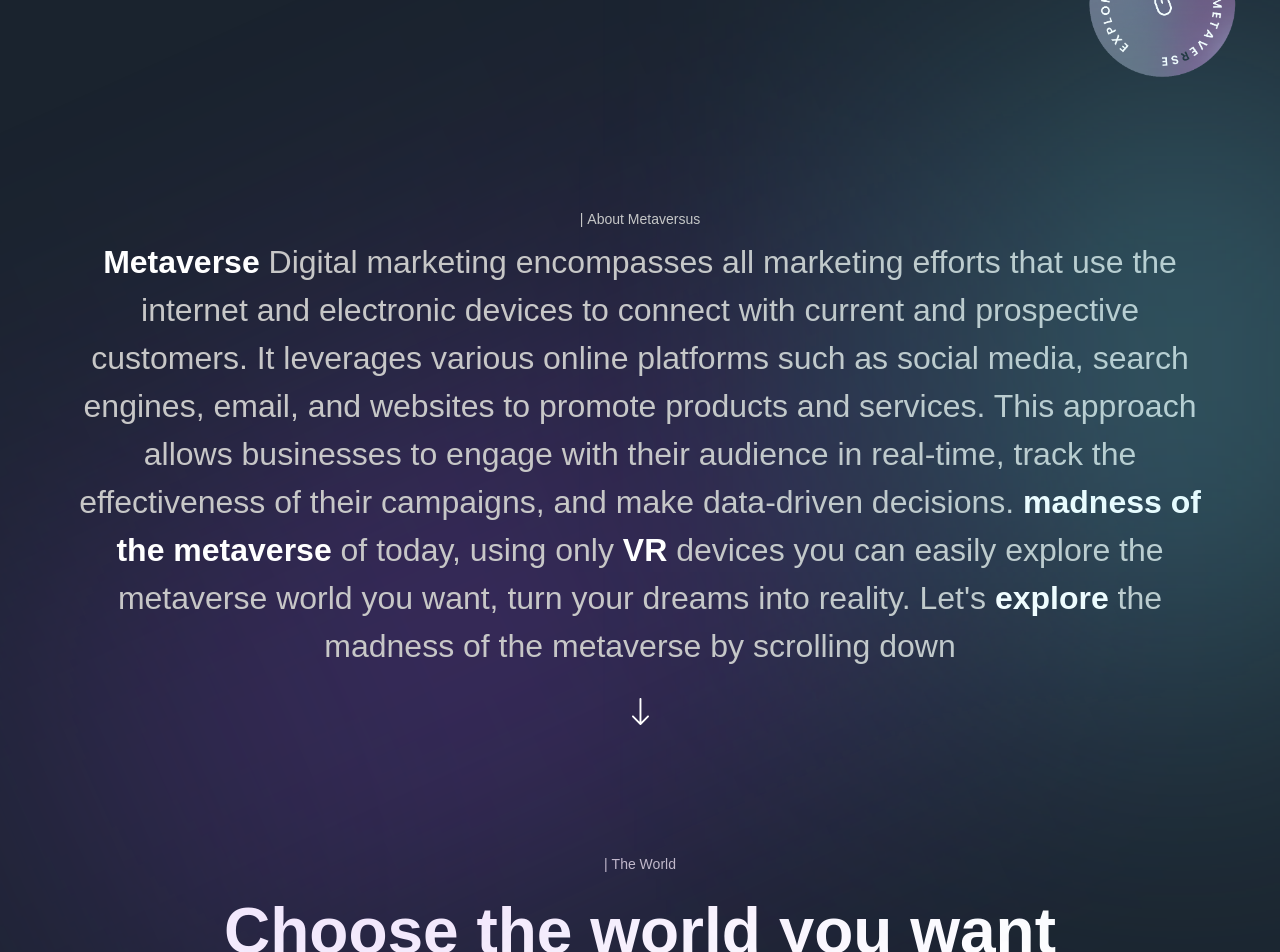
Repository: Shanuga123/metaversus
Page: /
These files come from the project's save history. The page is drawn as it stood at one moment and after the next save; the edit follows.
The browser window is 1280 px wide. The pictures show the part of the page from y = 959 to 1911 px (the page is 7446 px tall before and 7398 px after).
Some web fonts or font styles are not loaded; a fallback is used. The project was rebuilt for these pictures with package versions that can differ from the ones it lists, and the page was loaded fresh each time. The framework's server and built-in components were replaced by stand-ins that run in the browser. Also part of the build but not shown: next.config.js.

Above is the page before, as saved 2024-08-05 21:35:16.

### components/Navbar.jsx
'use client';

import { motion } from 'framer-motion';

import styles from '../styles';
import { navVariants } from '../utils/motion';

const Navbar = () => (
  <motion.nav
    variants={navVariants}
    initial="hidden"
    whileInView="show"
    className={`${styles.xPaddings} py-8 relative`}
  >
    <div className="absolute w-[50%] inset-0 gradient-01" />
    <div
      className={`${styles.innerWidth} mx-auto flex justify-between gap-8`}
    >
      <img
        src="/search.svg"
        alt="search"
        className="w-[24px] h-[24px] object-contain"
      />
      <h2 className="font-extrabold text-[24px] leading-[30.24px] text-white">
        METAVERSUS
      </h2>
      <img
        src="/menu.svg"
        alt="menu"
        className="w-[24px] h-[24px] object-contain"
      />
    </div>
  </motion.nav>
);

export default Navbar;

### components/CustomTexts.jsx
'use client';

import { motion } from 'framer-motion';
import { textContainer, textVariant2 } from '../utils/motion';

export const TypingText = ({ title, textStyles }) => (
  <motion.p
    variants={textContainer}
    className={`font-normal text-[14px] text-secondary-white ${textStyles}`}
  >
    {Array.from(title).map((letter, index) => (
      <motion.span variants={textVariant2} key={index}>
        {letter === ' ' ? '\u00A0' : letter}
      </motion.span>
    ))}
  </motion.p>
);

export const TitleText = ({ title, textStyles }) => (
  <motion.h2
    variants={textVariant2}
    initial="hidden"
    whileInView="show"
    className={`mt-[8px] font-bold md:text-[64px] text-[40px] text-white ${textStyles}`}
  >
    {title}
  </motion.h2>
);

### components/ExploreCard.jsx
'use client';

import { motion } from 'framer-motion';

import styles from '../styles';
import { fadeIn } from '../utils/motion';

const ExploreCard = ({ id, imgUrl, title, index, active, handleClick }) => (
  <motion.div
    variants={fadeIn('right', 'spring', index * 0.5, 0.75)}
    className={`relative ${
      active === id ? 'lg:flex-[3.5] flex-[10]' : 'lg:flex-[0.5] flex-[2]'
    } flex items-center justify-center min-w-[170px] h-[700px] transition-[flex] duration-[0.7s] ease-out-flex cursor-pointer`}
    onClick={() => handleClick(id)}
  >
    <img
      src={imgUrl}
      alt="planet-04"
      className="absolute w-full h-full object-cover rounded-[24px]"
    />
    {active !== id ? (
      <h3 className="font-semibold sm:text-[26px] text-[18px] text-white absolute z-0 lg:bottom-20 lg:rotate-[-90deg] lg:origin-[0,0]">
        {title}
      </h3>
    ) : (
      <div className="absolute bottom-0 p-8 flex justify-start w-full flex-col bg-[rgba(0,0,0,0.5)] rounded-b-[24px]">
        <div
          className={`${styles.flexCenter} w-[60px] h-[60px] rounded-[24px] glassmorphism mb-[16px]`}
        >
          <img
            src="/headset.svg"
            alt="headset"
            className="w-1/2 h-1/2 object-contain"
          />
        </div>
        <p className="font-normal text-[16px] leading-[20.16px] text-white uppercase">
          Enter Metaverse
        </p>
        <h2 className="mt-[24px] font-semibold sm:text-[32px] text-[24px] text-white">
          {title}
        </h2>
      </div>
    )}
  </motion.div>
);

export default ExploreCard;

### components/InsightCard.jsx
'use client';

import { motion } from 'framer-motion';

import { fadeIn } from '../utils/motion';

const InsightCard = ({ imgUrl, title, subtitle, index }) => (
  <motion.div
    variants={fadeIn('up', 'spring', index * 0.5, 1)}
    className="flex md:flex-row flex-col gap-4"
  >
    <img
      src={imgUrl}
      alt="planet-01"
      className="md:w-[270px] w-full h-[250px] rounded-[32px] object-cover"
    />
    <div className="w-full flex justify-between items-center">
      <div className="flex-1 md:ml-[62px] flex flex-col max-w-[650px]">
        <h4 className="font-normal lg:text-[42px] text-[26px] text-white">
          {title}
        </h4>
        <p className="mt-[16px] font-normal lg:text-[20px] text-[14px] text-secondary-white">
          {subtitle}
        </p>
      </div>

      <div
        className="lg:flex hidden items-center justify-center w-[100px] h-[100px] rounded-full bg-transparent border-[1px] border-white"
      >
        <img
          src="/arrow.svg"
          alt="arrow"
          className="w-[40%] h-[40%] object-contain"
        />
      </div>
    </div>
  </motion.div>
);

export default InsightCard;

### components/Footer.jsx
'use client';

import { motion } from 'framer-motion';
import { socials } from '../constants';

import styles from '../styles';
import { footerVariants } from '../utils/motion';

const Footer = () => (
  <motion.footer
    variants={footerVariants}
    initial="hidden"
    whileInView="show"
    className={`${styles.xPaddings} py-8 relative`}
  >
    <div className="footer-gradient" />
    <div className={`${styles.innerWidth} mx-auto flex flex-col gap-8`}>
      <div className="flex items-center justify-between flex-wrap gap-5">
        <h4 className="font-bold md:text-[64px] text-[44px] text-white">
          Enter the Metaverse
        </h4>
        <button type="button" className="flex items-center h-fit py-4 px-6 bg-[#25618B] rounded-[32px] gap-[12px]">
          <img
            src="/headset.svg"
            alt="headset"
            className="w-[24px] h-[24px] object-contain"
          />
          <span className="font-normal text-[16px] text-white">
            Enter Metaverse
          </span>
        </button>
      </div>

      <div className="flex flex-col">
        <div className="mb-[50px] h-[2px] bg-white opacity-10" />

        <div className="flex items-center justify-between flex-wrap gap-4">
          <h4 className="font-extrabold text-[24px] text-white">
            METAVERUS
          </h4>
          <p className="font-normal text-[14px] text-white opacity-50">
            Copyright © 2021 - 2022 Metaversus. All rights reserved.
          </p>

          <div className="flex gap-4">
            {socials.map((social) => (
              <img
                key={social.name}
                src={social.url}
                alt={social.name}
                className="w-[24px] h-[24px] object-contain cursor-pointer"
              />
            ))}
          </div>
        </div>
      </div>
    </div>
  </motion.footer>
);

export default Footer;

### sections/Hero.jsx
'use client';

import { motion } from 'framer-motion';

import styles from '../styles';
import { slideIn, staggerContainer, textVariant } from '../utils/motion';

const Hero = () => (
  <section className={`${styles.yPaddings} sm:pl-16 pl-6`}>
    <motion.div
      variants={staggerContainer}
      initial="hidden"
      whileInView="show"
      viewport={{ once: false, amount: 0.25 }}
      className={`${styles.innerWidth} mx-auto flex flex-col`}
    >
      <div className="flex justify-center items-center flex-col relative z-10">
        <motion.h1 variants={textVariant(1.1)} className={styles.heroHeading}>
          Digital
        </motion.h1>
        <motion.div
          variants={textVariant(1.2)}
          className="flex flex-row justify-center items-center"
        >
          <h1 className={styles.heroHeading}>MaR</h1>

          <h1 className={styles.heroHeading}>Keting</h1>
        </motion.div>
      </div>

      <motion.div
        variants={slideIn('right', 'tween', 0.2, 1)}
        className="relative w-full md:-mt-[20px] -mt-[12px]"
      >
        <div className="absolute w-full h-[300px] hero-gradient rounded-tl-[140px] z-[0] -top-[30px]" />

        <img
          src="/cover1.jpg"
          alt="hero_cover"
          className="w-full sm:h-[500px] h-[350px] object-cover rounded-tl-[140px] z-10 relative"
        />

        <a href="#explore">
          <div className="w-full flex justify-end sm:-mt-[70px] -mt-[50px] pr-[40px] relative z-10">
            <img
              src="/stamp.png"
              alt="stamp"
              className="sm:w-[155px] w-[100px] sm:h-[155px] h-[100px] object-contain"
            />
          </div>
        </a>
      </motion.div>
    </motion.div>
  </section>
);

export default Hero;

### sections/About.jsx
'use client';

import { motion } from 'framer-motion';
import { TypingText } from '../components';

import styles from '../styles';
import { fadeIn, staggerContainer } from '../utils/motion';

const About = () => (
  <section className={`${styles.paddings} relative z-10`}>
    <div className="gradient-02 z-0" />
    <motion.div
      variants={staggerContainer}
      initial="hidden"
      whileInView="show"
      viewport={{ once: false, amount: 0.25 }}
      className={`${styles.innerWidth} mx-auto ${styles.flexCenter} flex-col`}
    >
      <TypingText title="| About Metaversus" textStyles="text-center" />

      <motion.p
        variants={fadeIn('up', 'tween', 0.2, 1)}
        className="mt-[8px] font-normal sm:text-[32px] text-[20px] text-center text-secondary-white"
      >
        <span className="font-extrabold text-white">Metaverse</span> Digital marketing encompasses all marketing efforts that use the internet and electronic devices to connect with current and prospective customers. It leverages various online platforms such as social media, search engines, email, and websites to promote products and services. This approach allows businesses to engage with their audience in real-time, track the effectiveness of their campaigns, and make data-driven decisions. {' '}
        <span className="font-extrabold text-white">
          madness of the metaverse
        </span>{' '}
        of today, using only{' '}
        <span className="font-extrabold text-white">VR</span> devices you can
        easily explore the metaverse world you want, turn your dreams into
        reality. Let's{' '}
        <span className="font-extrabold text-white">explore</span> the madness
        of the metaverse by scrolling down
      </motion.p>

      <motion.img
        variants={fadeIn('up', 'tween', 0.3, 1)}
        src="/arrow-down.svg"
        alt="arrow down"
        className="w-[18px] h-[28px] object-contain mt-[28px]"
      />
    </motion.div>
  </section>
);

export default About;

### sections/Explore.jsx
'use client';

import { useState } from 'react';
import { motion } from 'framer-motion';

import styles from '../styles';
import { exploreWorlds } from '../constants';
import { staggerContainer } from '../utils/motion';
import { ExploreCard, TitleText, TypingText } from '../components';

const Explore = () => {
  const [active, setActive] = useState('world-2');

  return (
    <section className={`${styles.paddings}`} id="explore">
      <motion.div
        variants={staggerContainer}
        initial="hidden"
        whileInView="show"
        viewport={{ once: false, amount: 0.25 }}
        className={`${styles.innerWidth} mx-auto flex flex-col`}
      >
        <TypingText title="| The World" textStyles="text-center" />
        <TitleText
          title={<>Choose the world you want <br className="md:block hidden" /> to explore</>}
          textStyles="text-center"
        />
        <div className="mt-[50px] flex lg:flex-row flex-col min-h-[70vh] gap-5">
          {exploreWorlds.map((world, index) => (
            <ExploreCard
              key={world.id}
              {...world}
              index={index}
              active={active}
              handleClick={setActive}
            />
          ))}
        </div>
      </motion.div>
    </section>
  );
};

export default Explore;

### sections/GetStarted.jsx
'use client';

import { motion } from 'framer-motion';

import styles from '../styles';
import { startingFeatures } from '../constants';
import { StartSteps, TitleText, TypingText } from '../components';
import { staggerContainer, fadeIn, planetVariants } from '../utils/motion';

const GetStarted = () => (
  <section className={`${styles.paddings} relative z-10`}>
    <motion.div
      variants={staggerContainer}
      initial="hidden"
      whileInView="show"
      viewport={{ once: false, amount: 0.25 }}
      className={`${styles.innerWidth} mx-auto flex lg:flex-row flex-col gap-8`}
    >
      <motion.div
        variants={planetVariants('left')}
        className={`flex-1 ${styles.flexCenter}`}
      >
        <img
          src="/get-started.png"
          alt="get-started"
          className="w-[90%] h-[90%] object-contain"
        />
      </motion.div>
      <motion.div
        variants={fadeIn('left', 'tween', 0.2, 1)}
        className="flex-[0.75] flex justify-center flex-col"
      >
        <TypingText title="| How Metaversus Works" />
        <TitleText title={<>Get started with just a few clicks</>} />
        <div className="mt-[31px] flex flex-col max-w-[370px] gap-[24px]">
          {startingFeatures.map((feature, index) => (
            <StartSteps
              key={feature}
              number={`${index < 10 ? '0' : ''} ${index + 1}`}
              text={feature}
            />
          ))}
        </div>
      </motion.div>
    </motion.div>
  </section>
);

export default GetStarted;

### sections/WhatsNew.jsx
'use client';

import { motion } from 'framer-motion';

import styles from '../styles';
import { newFeatures } from '../constants';
import { NewFeatures, TitleText, TypingText } from '../components';
import { planetVariants, staggerContainer, fadeIn } from '../utils/motion';

const WhatsNew = () => (
  <section className={`${styles.paddings} relative z-10`}>
    <motion.div
      variants={staggerContainer}
      initial="hidden"
      whileInView="show"
      viewport={{ once: false, amount: 0.25 }}
      className={`${styles.innerWidth} mx-auto flex lg:flex-row flex-col gap-8`}
    >
      <motion.div
        variants={fadeIn('right', 'tween', 0.2, 1)}
        className="flex-[0.95] flex justify-center flex-col"
      >
        <TypingText title="| Whats new?" />
        <TitleText title={<>What's new about Metaversus?</>} />
        <div className="mt-[48px] flex flex-wrap justify-between gap-[24px]">
          {newFeatures.map((feature) => (
            <NewFeatures key={feature.title} {...feature} />
          ))}
        </div>
      </motion.div>

      <motion.div
        variants={planetVariants('right')}
        className={`flex-1 ${styles.flexCenter}`}
      >
        <img
          src="/whats-new.png"
          alt="get-started"
          className="w-[90%] h-[90%] object-contain"
        />
      </motion.div>
    </motion.div>
  </section>
);

export default WhatsNew;

### sections/World.jsx
'use client';

import { motion } from 'framer-motion';

import styles from '../styles';
import { TitleText, TypingText } from '../components';
import { fadeIn, staggerContainer } from '../utils/motion';

const World = () => (
  <section className={`${styles.paddings} relative z-10`}>
    <motion.div
      variants={staggerContainer}
      initial="hidden"
      whileInView="show"
      viewport={{ once: false, amount: 0.25 }}
      className={`${styles.innerWidth} mx-auto flex flex-col`}
    >

      <TypingText title="| People on the World" textStyles="text-center" />
      <TitleText
        title={(
          <>Track friends around you and invite them to play together in the same
            world
          </>
        )}
        textStyles="text-center"
      />

      <motion.div
        variants={fadeIn('up', 'tween', 0.3, 1)}
        className="relative mt-[68px] flex w-full h-[550px]"
      >
        <img src="/map.png" alt="map" className="w-full h-full object-cover" />

        <div className="absolute bottom-20 right-20 w-[70px] h-[70px] p-[6px] rounded-full bg-[#5D6680]">
          <img src="people-01.png" alt="people" className="w-full h-full" />
        </div>

        <div className="absolute top-10 left-20 w-[70px] h-[70px] p-[6px] rounded-full bg-[#5D6680]">
          <img src="/people-02.png" alt="people" className="w-full h-full" />
        </div>

        <div className="absolute top-1/2 left-[45%] w-[70px] h-[70px] p-[6px] rounded-full bg-[#5D6680]">
          <img src="people-03.png" alt="people" className="w-full h-full" />
        </div>
      </motion.div>
    </motion.div>
  </section>
);

export default World;

### sections/Insights.jsx
'use client';

import { motion } from 'framer-motion';

import styles from '../styles';
import { insights } from '../constants';
import { staggerContainer } from '../utils/motion';
import { InsightCard, TitleText, TypingText } from '../components';

const Insights = () => (
  <section className={`${styles.paddings} relative z-10`}>
    <motion.div
      variants={staggerContainer}
      initial="hidden"
      whileInView="show"
      viewport={{ once: false, amount: 0.25 }}
      className={`${styles.innerWidth} mx-auto flex flex-col`}
    >
      <TypingText title="| Insight" textStyles="text-center" />
      <TitleText title={<>Insight about metaverse</>} textStyles="text-center" />
      <div className="mt-[50px] flex flex-col gap-[30px]">
        {insights.map((item, index) => (
          <InsightCard key={`insight-${index}`} {...item} index={index + 1} />
        ))}
      </div>
    </motion.div>
  </section>
);

export default Insights;

### sections/Feedback.jsx
'use client';

import { motion } from 'framer-motion';

import styles from '../styles';
import { fadeIn, staggerContainer, zoomIn } from '../utils/motion';

const Feedback = () => (
  <section className={`${styles.paddings}`}>
    <motion.div
      variants={staggerContainer}
      initial="hidden"
      whileInView="show"
      viewport={{ once: false, amount: 0.25 }}
      className={`${styles.innerWidth} mx-auto flex lg:flex-row flex-col gap-6`}
    >
      <motion.div
        variants={fadeIn('right', 'tween', 0.2, 1)}
        className="flex-[0.5] lg:max-w-[370px] flex justify-end flex-col gradient-05 sm:p-8 p-4 rounded-[32px] border-[1px] border-[#6A6A6A] relative"
      >
        <div className="feedback-gradient" />
        <div>
          <h4 className="font-bold sm:text-[32px] text-[26px] sm:leading-[40.32px] leading-[36.32px] text-white">
            Samantha
          </h4>
          <p className="mt-[8px] font-normal sm:text-[18px] text-[12px] sm:leading-[22.68px] leading-[16.68px] text-white">
            Founder Metaverus
          </p>
        </div>

        <p className="mt-[24px] font-normal sm:text-[24px] text-[18px] sm:leading-[45.6px] leading-[39.6px] text-white">
          “With the development of today's technology, metaverse is very
          useful for today's work, or can be called web 3.0. by using
          metaverse you can use it as anything”
        </p>
      </motion.div>

      <motion.div
        variants={fadeIn('left', 'tween', 0.2, 1)}
        className="relative flex-1 flex justify-center items-center"
      >
        <img
          src="/planet-09.png"
          alt="planet-09"
          className="w-full lg:h-[610px] h-auto min-h-[210px] object-cover rounded-[40px]"
        />

        <motion.div
          variants={zoomIn(0.4, 1)}
          className="lg:block hidden absolute -left-[10%] top-[3%]"
        >
          <img
            src="/stamp.png"
            alt="stamp"
            className="w-[155px] h-[155px] object-contain"
          />
        </motion.div>
      </motion.div>
    </motion.div>
  </section>
);

export default Feedback;

### styles/index.js
const styles = {
  innerWidth: '2xl:max-w-[1280px] w-full',
  interWidth: 'lg:w-[80%] w-[100%]',

  paddings: 'sm:p-16 xs:p-8 px-6 py-12',
  yPaddings: 'sm:py-16 xs:py-8 py-12',
  xPaddings: 'sm:px-16 px-6',
  topPaddings: 'sm:pt-16 xs:pt-8 pt-12',
  bottomPaddings: 'sm:pb-16 xs:pb-8 pb-12',

  flexCenter: 'flex justify-center items-center',
  flexStart: 'flex justify-start items-start',
  flexEnd: 'flex justify-end',
  navPadding: 'pt-[98px]',

  // hero section
  heroHeading:
      'font-bold lg:text-[144px] md:text-[100px] sm:text-[60px] text-[44px] lg:leading-[158.4px] md:leading-[114.4px] sm:leading-[74.4px] leading-[64.4px] uppercase text-white',
  heroRText:
      'md:w-[212px] sm:w-[80px] w-[60px] md:h-[108px] sm:h-[48px] h-[38px] md:border-[18px] border-[9px] rounded-r-[50px] border-white sm:mx-2 mx-[6px]',
};

export default styles;

Loaded but not shown: app/layout.js (common file); app/page.js (common file); styles/globals.css (common file); components/index.js (common file); sections/index.js (common file); components/StartSteps.jsx (common file); components/NewFeatures.jsx (common file); tailwind.config.js (common file); utils/motion.js (161 lines, source omitted); constants/index.js (88 lines, source omitted)

After the next save:
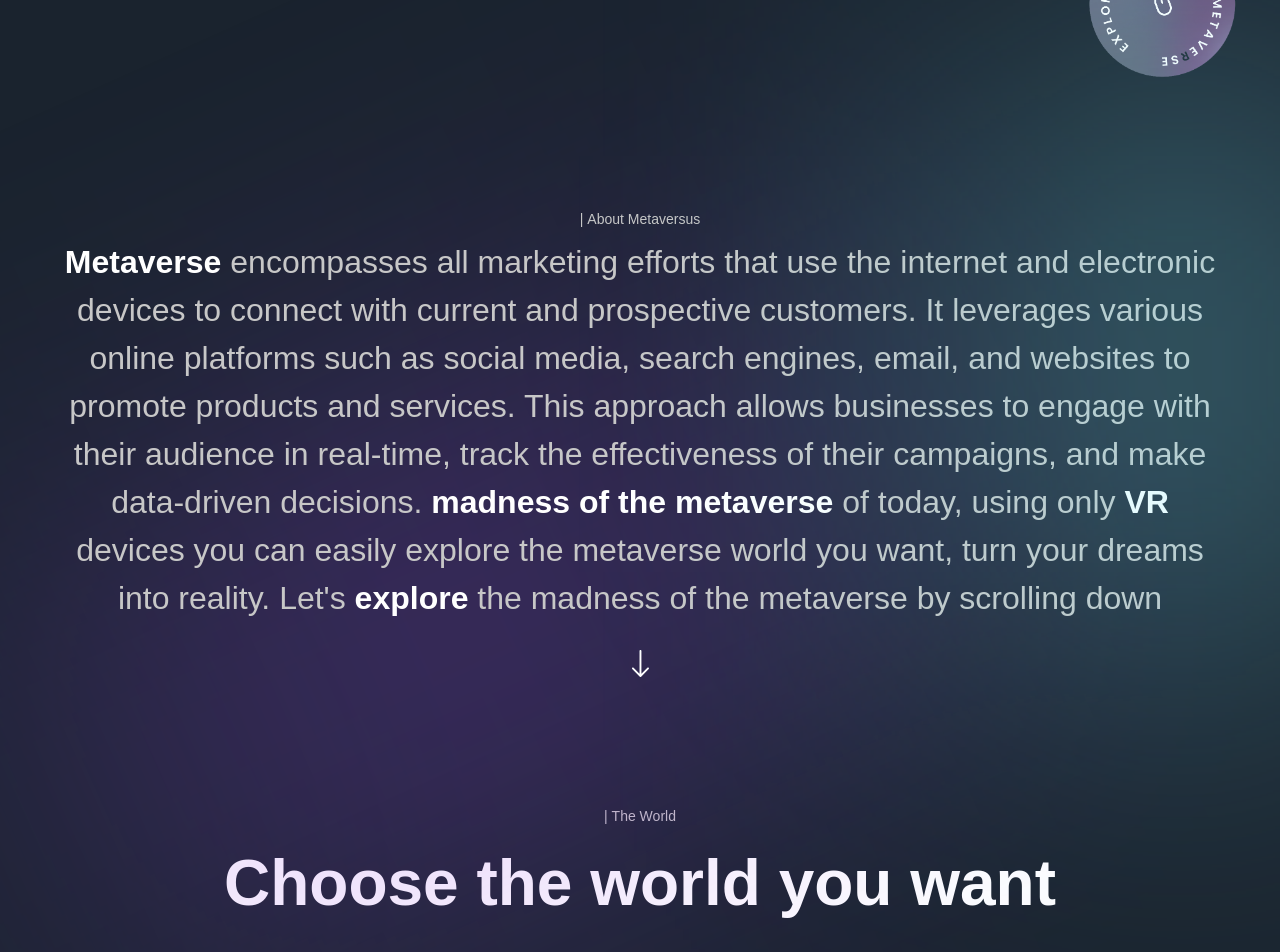
Saved 13 s later.
--- a/sections/About.jsx
+++ b/sections/About.jsx
@@ -22,7 +22,7 @@ const About = () => (
         variants={fadeIn('up', 'tween', 0.2, 1)}
         className="mt-[8px] font-normal sm:text-[32px] text-[20px] text-center text-secondary-white"
       >
-        <span className="font-extrabold text-white">Metaverse</span> Digital marketing encompasses all marketing efforts that use the internet and electronic devices to connect with current and prospective customers. It leverages various online platforms such as social media, search engines, email, and websites to promote products and services. This approach allows businesses to engage with their audience in real-time, track the effectiveness of their campaigns, and make data-driven decisions. {' '}
+        <span className="font-extrabold text-white">Metaverse</span> encompasses all marketing efforts that use the internet and electronic devices to connect with current and prospective customers. It leverages various online platforms such as social media, search engines, email, and websites to promote products and services. This approach allows businesses to engage with their audience in real-time, track the effectiveness of their campaigns, and make data-driven decisions. {' '}
         <span className="font-extrabold text-white">
           madness of the metaverse
         </span>{' '}
